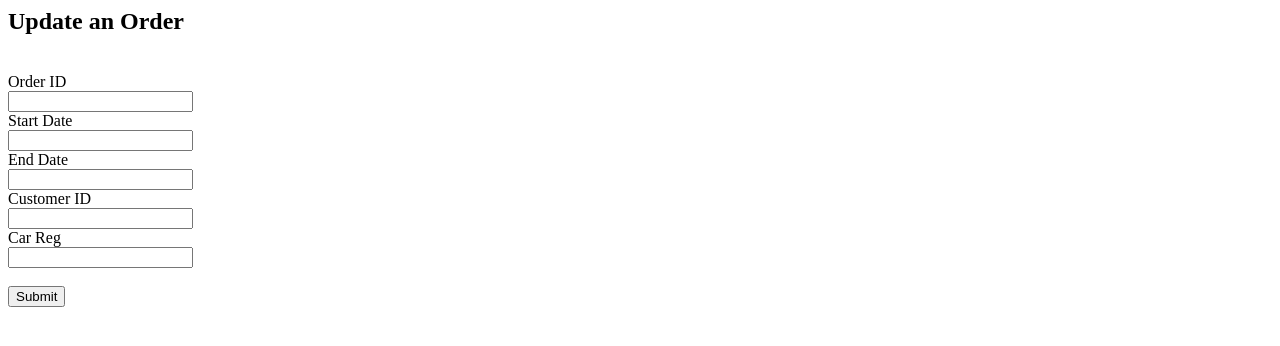
Repository: BrianD147/4th-Year-Project-Distributed-Systems
Page: http://localhost/REST/updateOrder.jsp
The author's editor kept a copy of each file at every save. The page is drawn from the files as they stood at one save, then again after the next save.
The browser window is 1280 px wide. The pictures show the whole page.
The page is served by Tomcat 9. Other server files are loaded and not shown.

Above is the page before, as saved 2018-12-09 17:38:36.

### REST/src/main/webapp/updateOrder.jsp
<html>
<body>
    <h2>Update an Order</h2>
    <form action="webapi/myresource/update" method="post">
    	<br/> Order ID <br/>
    	<input type="number" name="orderID">
    	<br/> Start Date <br/>
    	<input type="text" name="startDate">
    	<br/> End Date <br/>
	    <input type="text" name="endDate">
	    <br/> Customer ID <br/>
	    <input type="number" name="custID">
	    <br/> Car Reg <br/>
	    <input type="text" name="carReg">
	    <br/><br/>
	    <input type="submit" value="Submit">
    </form>
</body>
</html>

After the next save:
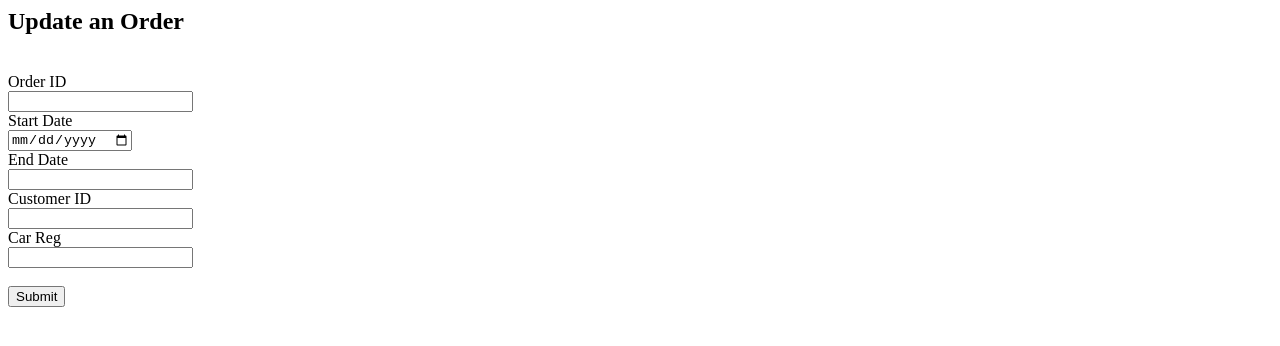
Saved 6 s later.
--- a/REST/src/main/webapp/updateOrder.jsp
+++ b/REST/src/main/webapp/updateOrder.jsp
@@ -5,7 +5,7 @@
     	<br/> Order ID <br/>
     	<input type="number" name="orderID">
     	<br/> Start Date <br/>
-    	<input type="text" name="startDate">
+    	<input type="date" name="startDate">
     	<br/> End Date <br/>
 	    <input type="text" name="endDate">
 	    <br/> Customer ID <br/>
